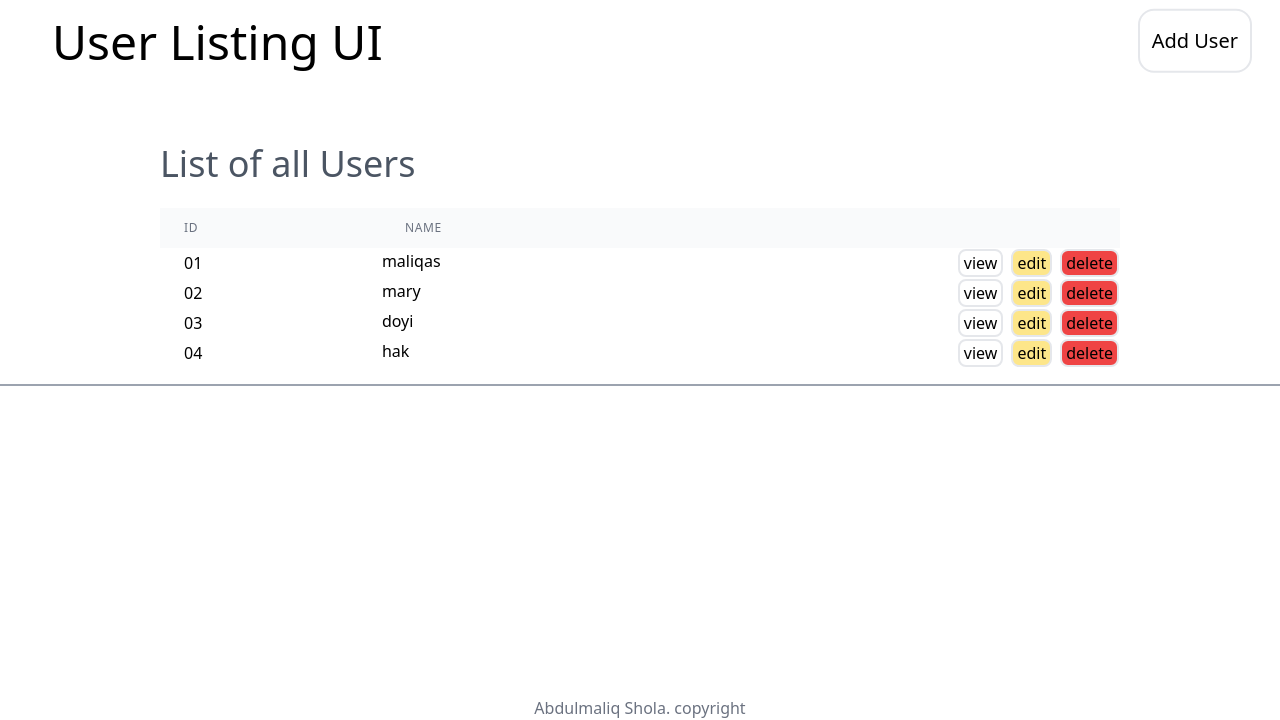
Repository: Marlstergo/listings
Page: / (app in client/)
An editor plug-in stored every save of this project. The page is shown before and after the next save, followed by the edit.
The browser window is 1280 px wide. The pictures show the whole page.
The project was rebuilt for these pictures with package versions that can differ from the ones it lists, and the page was loaded fresh each time. Also part of the build but not shown: client/craco.config.js, client/src/components/UserRow.jsx, client/src/components/List.js, client/src/components/addUser.js, client/src/components/EditUser.js.

Above is the page before, as saved 2021-07-21 17:37:19.

After the next save:
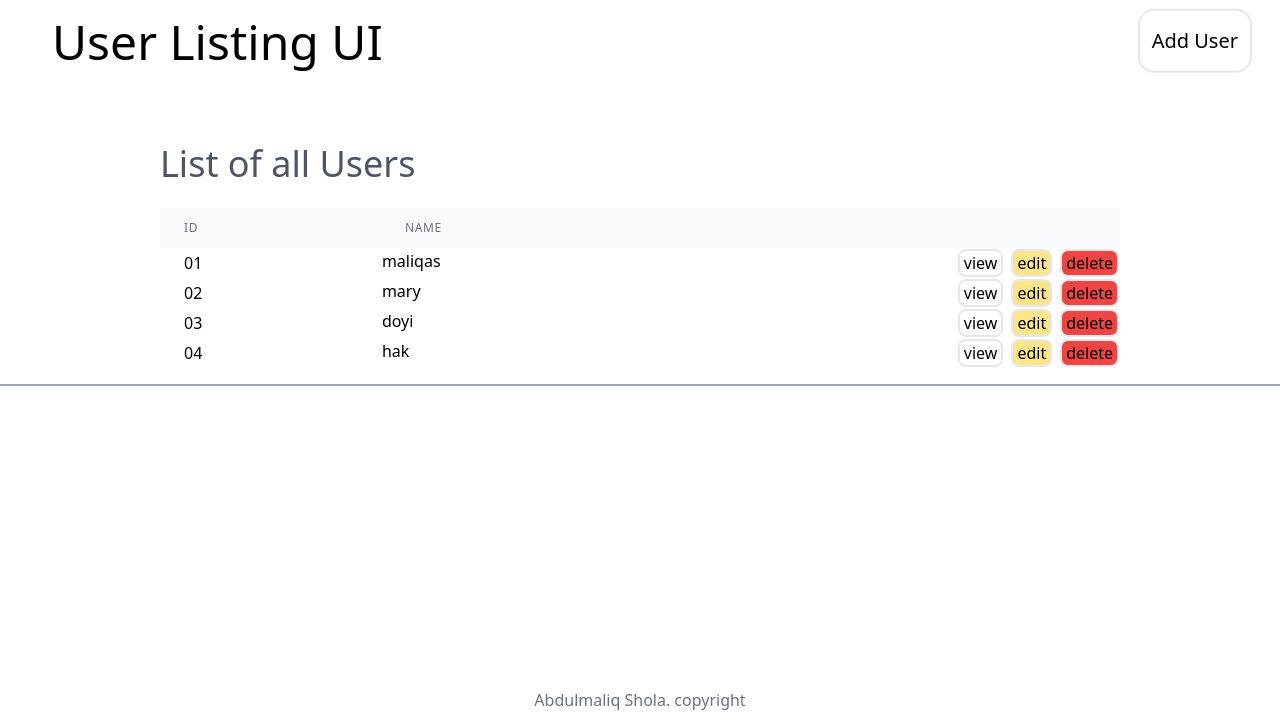
Saved 12 s later.
--- a/client/src/components/footer.js
+++ b/client/src/components/footer.js
@@ -3,7 +3,7 @@ import React from 'react'
 const Footer = () => {
   return (
     <footer className="fixed bottom-0 w-full">
-      <div className="flex justify-center w-full">
+      <div className="flex justify-center w-full items-center h-10">
         <p className="text-gray-500">Abdulmaliq Shola. copyright</p>
       </div>
     </footer>
